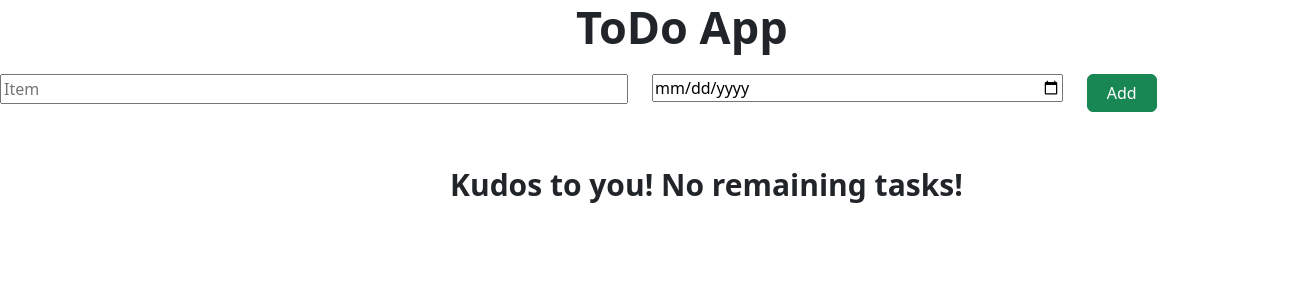
Repository: aditya-jha-kumar/To-Do-List-ReactApp
Page: /
The author's editor kept a copy of each file at every save. The page is drawn from the files as they stood at one save, then again after a run of saves.
The browser window is 1280 px wide. The page is 1292 px wide, so the pictures cover 1292 px, including what lies to the right of the window. The pictures show the whole page.
The project was rebuilt for these pictures with package versions that can differ from the ones it lists, and the page was loaded fresh each time. Also part of the build but not shown: vite.config.js, src/components/ToDoItem.jsx.

Above is the page before, as saved 2023-12-10 03:11:04.

### src/App.jsx
import AppName from "./components/AppName";
import AddToDo from "./components/AddToDo";
import WelcomeMessage from "./components/WelcomeMessage";
import TodoItems from "./components/TodoItems";
import "./App.css";
import { useState } from "react";
function App() {
  const [todoItems, setTodoItems] = useState([]);
  const handleNewItem = (itemName, itemDueDate) => {
    console.log(`New Item Added : ${itemName}, Date : ${itemDueDate}`);
    const newTodoItems = [
      ...todoItems,
      { name: itemName, dueDate: itemDueDate },
    ];
    setTodoItems(newTodoItems);
  };
  const handleDeleteItem = (todoItemName) => {
    console.log(`Item Deleted ${todoItemName}`);
  };
  return (
    <div>
      <AppName></AppName>
      <AddToDo onNewItem={handleNewItem}></AddToDo>
      {todoItems.length === 0 && <WelcomeMessage></WelcomeMessage>}
      <TodoItems
        todoItems={todoItems}
        onDeleteClick={handleDeleteItem}
      ></TodoItems>
    </div>
  );
}
export default App;

### src/components/AppName.jsx
import styles from "./AppName.module.css";
function AppName() {
  return <h1 className={styles.todoHeading}> ToDo App</h1>;
}
export default AppName;

### src/components/AddToDo.jsx
import { useState } from "react";
import styles from "./AddToDo.module.css"
function AddToDo({ onNewItem }) {
  const [todoName, setTodoName] = useState();
  const [dueDate, setDueDate] = useState();
  const handleNameChange = (event) => {
    setTodoName(event.target.value);
  };
  const handleDateChange = (event) => {
    setDueDate(event.target.value);
  };
  const handleAddButtonClicked = () => {
    onNewItem(todoName, dueDate);
    setDueDate("");
    setTodoName("");
  };
  return (
    <div>
      <div className="row kg-row">
        <div className="col-6">
          <input
            type="text"
            placeholder="Item"
            onChange={handleNameChange}
            value={todoName}
          />
        </div>
        <div className="col-4">
          <input type="date" onChange={handleDateChange} value={dueDate} />
        </div>
        <div className="col-2">
          <button
            type="button"
            className="btn btn-success Kg-button"
            onClick={handleAddButtonClicked}
          >
            Add
          </button>
        </div>
      </div>
    </div>
  );
}
export default AddToDo;

### src/components/WelcomeMessage.jsx
import styles from "./WelcomeMessage.module.css";
const WelcomeMessage = () => {
  return <p className={styles.welcome}>Kudos to you! No remaining tasks!</p>;
};
export default WelcomeMessage;

### src/components/TodoItems.jsx
import ToDoItem from "./ToDoItem";
const TodoItems = ({ todoItems, onDeleteClick }) => {
  return (
    <div className="items-container">
      {todoItems.map((item) => (
        <ToDoItem
          key="item"
          todoDate={item.dueDate}
          todoName={item.name}
          onDeleteClick={onDeleteClick}
        ></ToDoItem>
      ))}
    </div>
  );
};
export default TodoItems;

### src/App.css

input {
  width: 100%;
}
#content {
  margin-left: 10%;
}
.Kg-button {
  min-width: 70px;
}
.kg-row {
  margin: 10px 5px;
}

### src/components/AppName.module.css
.todoHeading {
  font-weight: 900;
  margin-left: 45%;
  font-size: 45px;
  margin-bottom: 20px;
}

### src/components/WelcomeMessage.module.css
.welcome {
  font-size: 30px;
  margin-top: 50px;
  font-weight: 600;
  margin-left: 450px;
}

### src/components/AddToDo.module.css
.index {
  margin-left: 50px;
}

Loaded but not shown: index.html (common file); src/main.jsx (common file)

After the next 11 saves:
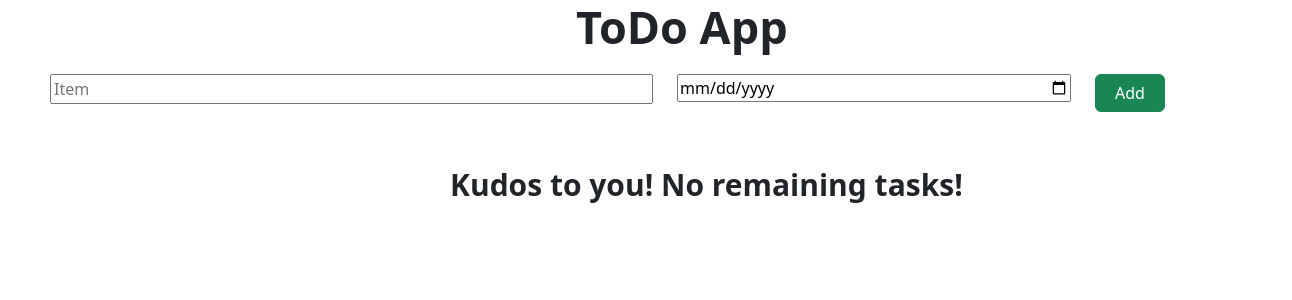
The 11 saves are shown as one change because they came seconds apart.
The last was saved 16 s later.
--- a/src/components/AddToDo.jsx
+++ b/src/components/AddToDo.jsx
@@ -1,5 +1,5 @@
 import { useState } from "react";
-import styles from "./AddToDo.module.css"
+import styles from "./AddToDo.module.css";
 function AddToDo({ onNewItem }) {
   const [todoName, setTodoName] = useState();
   const [dueDate, setDueDate] = useState();
@@ -15,7 +15,7 @@ function AddToDo({ onNewItem }) {
     setTodoName("");
   };
   return (
-    <div>
+    <div className={styles.index}>
       <div className="row kg-row">
         <div className="col-6">
           <input
